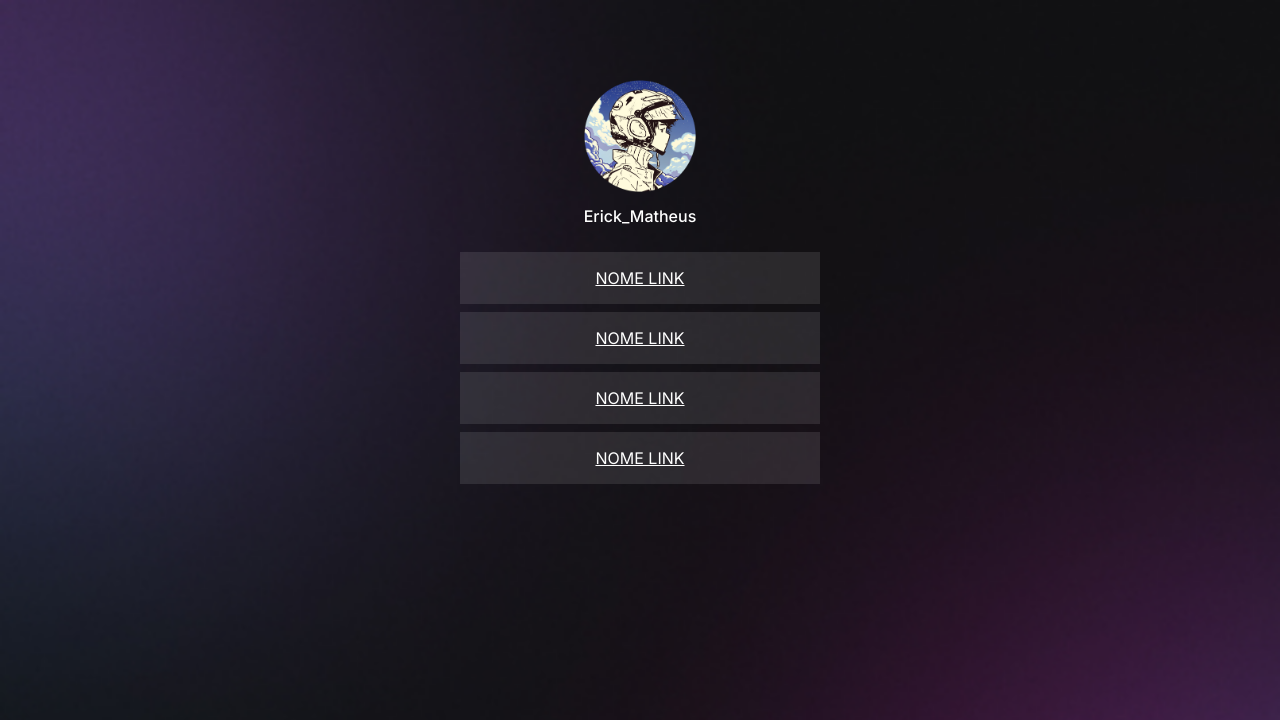
Repository: e-rickmatheus/project_dev_links
Page: index.html
The author's editor kept a copy of each file at every save. The page is drawn from the files as they stood at one save, then again after the next save.
The browser window is 1280 px wide. The pictures show the whole page.

Above is the page before, as saved 2025-04-02 21:10:42.

After the next save:
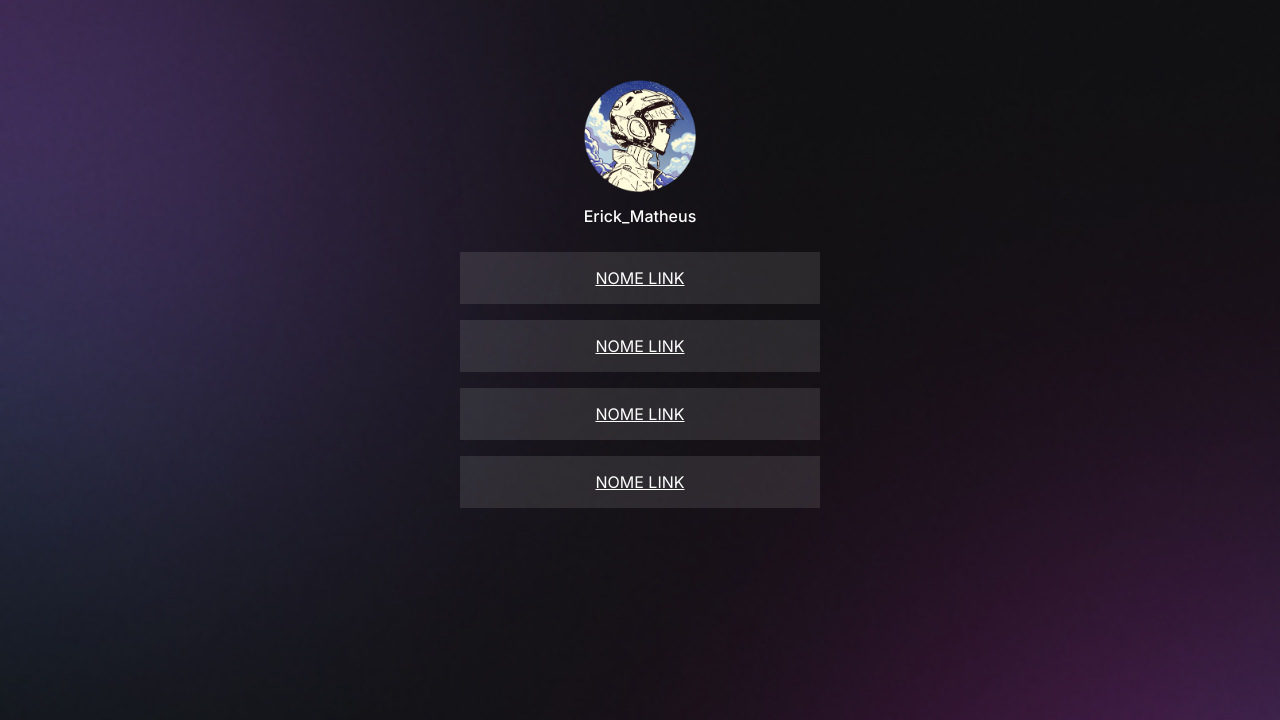
Saved 20 s later.
--- a/style.css
+++ b/style.css
@@ -53,7 +53,7 @@ ul {
   list-style: none;
   display: flex;
   flex-direction: column;
-  gap: 8px
+  gap: 16px
 }
 
 ul li a {
